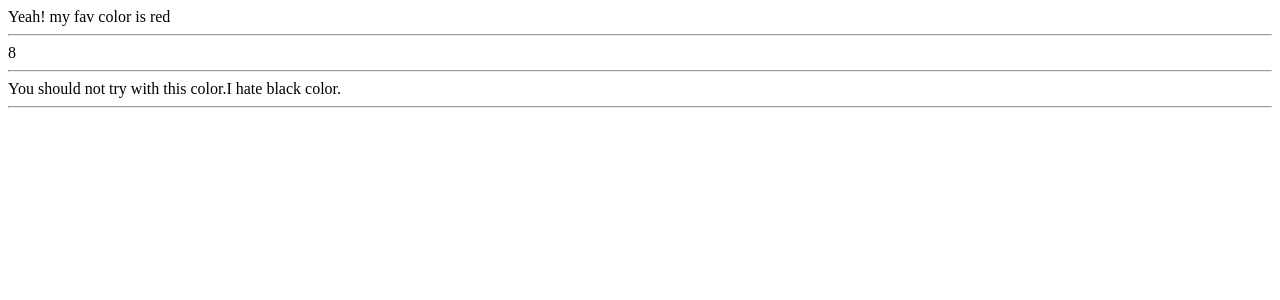
Repository: hsumyatm7308/PHP
Page: http://localhost/l38trycatch.php
An editor plug-in stored every save of this project. The page is shown before and after the next save, followed by the edit.
The browser window is 1280 px wide. The pictures show the whole page.
The page is run by PHP 8.4 with error messages shown; the project is at /var/www/html/.

Above is the page before, as saved 2023-05-12 17:47:18.

### part1/l38trycatch.php
<?php

ini_set("display_errors",1);

function mycolor($col){
   if($col !== "red"){
    throw new Exception("I hate $col color");
   }

   return "Yeah! my fav color is $col";
}

echo mycolor("red");

echo "<hr>";

function mynum($base,$power){

    if($power > 3){
        throw new Exception("We not allow over $power");
    }

    $result = pow($base,$power);

    return $result;
}

echo mynum(2,3);

echo "<hr>";

// => try..catch Statement
// try{
// //    code to be exectued
// }catch(Exception $e){
//     //   code to be exception is caught
// }


function mycolour($col){
    if($col !== "red"){
        throw new Exception("I hate $col color.");
    }

    return "Yeach! my fa color is $col.";
}


// try{
//    echo mycolour("black");
// }catch(Exception $e){
//    echo "You should not try with this color.";
// }



try{
    echo mycolour("black");
 }catch(Exception $e){
    echo "You should not try with this color." . $e->getMessage();
 }


echo "<hr>";


?>

After the next save:
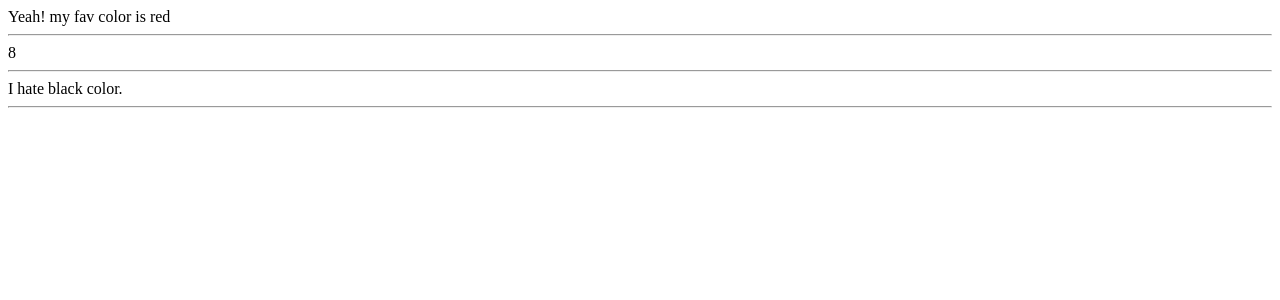
Saved 102 s later.
--- a/part1/l38trycatch.php
+++ b/part1/l38trycatch.php
@@ -57,7 +57,7 @@ function mycolour($col){
 try{
     echo mycolour("black");
  }catch(Exception $e){
-    echo "You should not try with this color." . $e->getMessage();
+    echo   $e->getMessage();
  }
 
 
